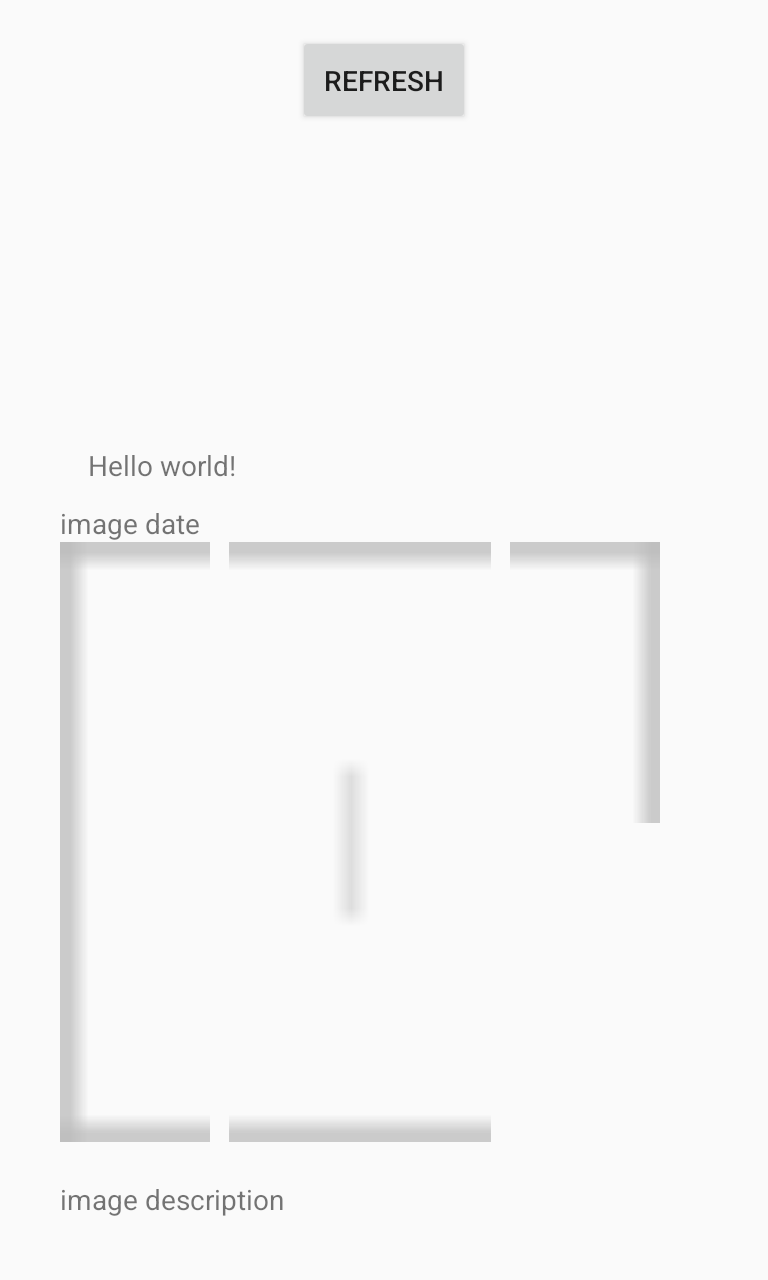
Repository: BaichaoLi/android
Layout: Nasa_E/res/layout/activity_main.xml
An editor plug-in stored every save of this project. The layout is shown before and after the next save, followed by the edit.
It is drawn on a 768 x 1280 px phone screen (xhdpi) without system bars, with theme AppTheme; the app's code is not run.

Above is the layout before, as saved 2015-05-21 03:37:13.

After the next save:
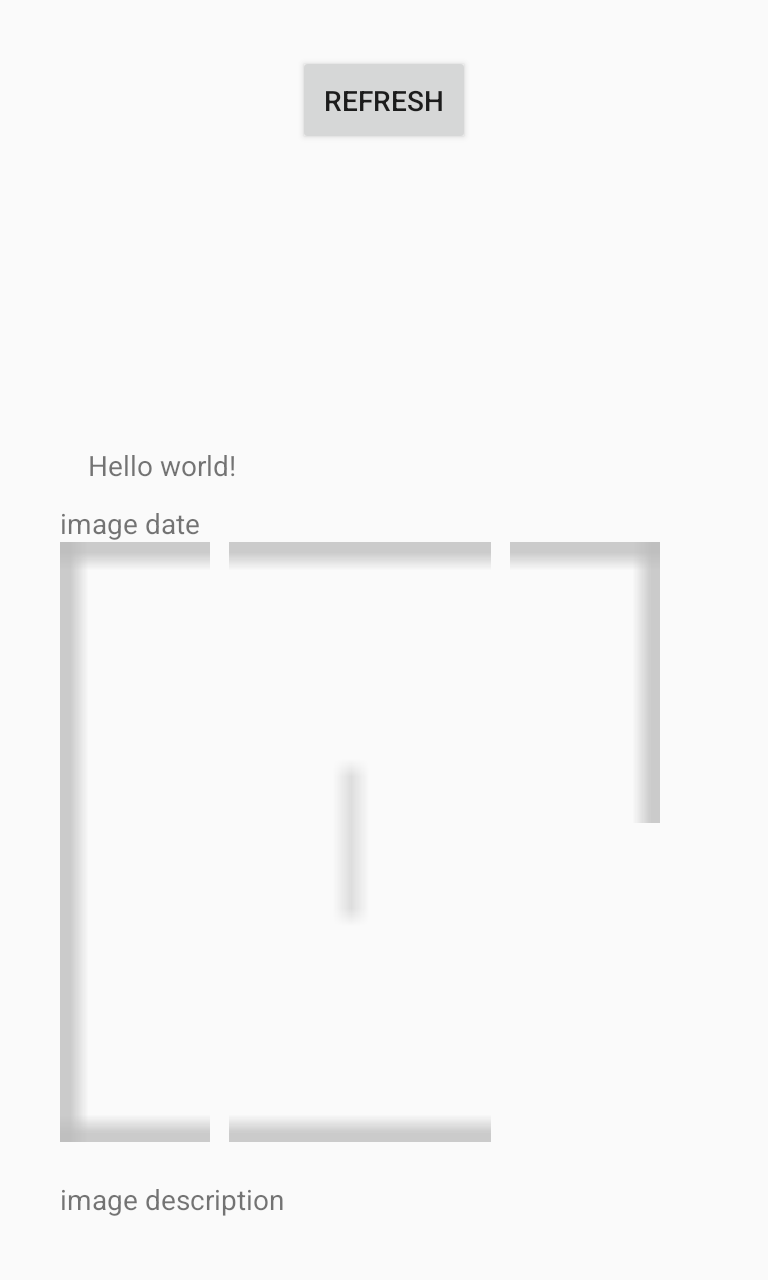
Saved 2 min 1 s later.
--- a/Nasa_E/res/layout/activity_main.xml
+++ b/Nasa_E/res/layout/activity_main.xml
@@ -75,14 +75,13 @@
         android:layout_width="fill_parent"
         android:layout_height="wrap_content"
         android:gravity="center"
+        android:layout_marginTop="5dp"
+        android:padding="5dp"
         >
 	    <Button
 	        android:text="@string/refresh"
 	        android:layout_width="wrap_content"
-	        android:layout_height="wrap_content">
-
-
-	    </Button>
+	        android:layout_height="wrap_content" />
 
     </LinearLayout>
 </RelativeLayout>
